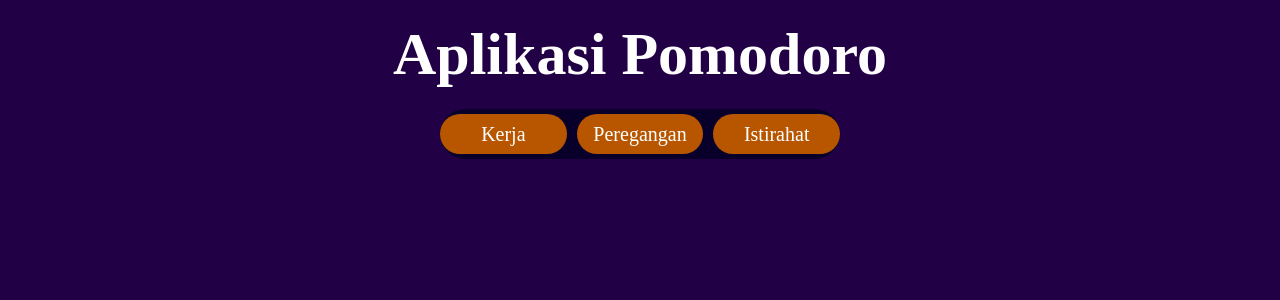
Repository: sellayspy/aplikasiPomodoro
Page: /
These files come from the project's save history. The page is drawn as it stood at one moment and after the next save; the edit follows.
The browser window is 1280 px wide. The pictures show the whole page.
The project was rebuilt for these pictures with package versions that can differ from the ones it lists, and the page was loaded fresh each time. Also part of the build but not shown: vite.config.js.

Above is the page before, as saved 2024-11-25 13:29:40.

### index.html
<!DOCTYPE html>
<html lang="en">
  <head>
    <meta charset="UTF-8" />
    <link rel="icon" type="image/svg+xml" href="/vite.svg" />
    <meta name="viewport" content="width=device-width, initial-scale=1.0" />
    <title>Aplikasi Pomodoro</title>
  </head>
  <body>
    <div id="root"></div>
    <script type="module" src="/src/main.jsx"></script>
  </body>
</html>

### src/main.jsx
import { StrictMode } from "react";
import { createRoot } from "react-dom/client";
import { createGlobalStyle, ThemeProvider } from "styled-components";
import App from "./App.jsx";

const GlobalStyle = createGlobalStyle`

*{
  margin: 0;
  padding: 0;
  box-sizing: border-box;
}

  html,body{
    background-color: ${(props) => props.theme.colors.bg};;
    font-size: 62.5%;
  }

  body{
    font-size: 1.6rem;
    color: white;
  }

`;

const theme = {
  colors: {
    primary: "#b85600",
    secondary: "#08002b",
    bg: "#220045",
  },
};

createRoot(document.getElementById("root")).render(
  <StrictMode>
    <ThemeProvider theme={theme}>
      <GlobalStyle />
      <App />
    </ThemeProvider>
  </StrictMode>
);

### src/App.jsx
import styled from "styled-components";
import Judul from "./components/Judul";

function App() {
  return (
    <>
      <Title>Aplikasi Pomodoro</Title>
      <Judul />
    </>
  );
}

export default App;

const Title = styled.h1`
  font-size: 6rem;
  padding: 2rem 0;
  text-align: center;
`;

### src/components/Judul.jsx
import styled, { css } from "styled-components";
import { useState } from "react";

const Judul = () => {
  const [active, setActive] = useState(0);
  return (
    <JudulContainer>
      {["Kerja", "Peregangan", "Istirahat"].map((tag, i) => (
        <Tag active={active == i} key={i}>
          {tag}
        </Tag>
      ))}
    </JudulContainer>
  );
};

export default Judul;

const JudulContainer = styled.div`
  background: ${(props) => props.theme.colors.secondary};
  height: 5rem;
  width: 40rem;
  margin: 0 auto;
  border-radius: 5rem;
  display: flex;
  gap: 1rem;
  align-items: center;
`;

const Tag = styled.button`
  all: unset;
  height: 4rem;
  text-align: center;
  border-radius: 5rem;
  flex: 1;
  font-size: 2rem;
  background: ${(props) => props.theme.colors.primary};

  ${({ active }) =>
    active &&
    css`
      background: ${(props) => props.theme.colors.primary};
    `}
`;

After the next save:
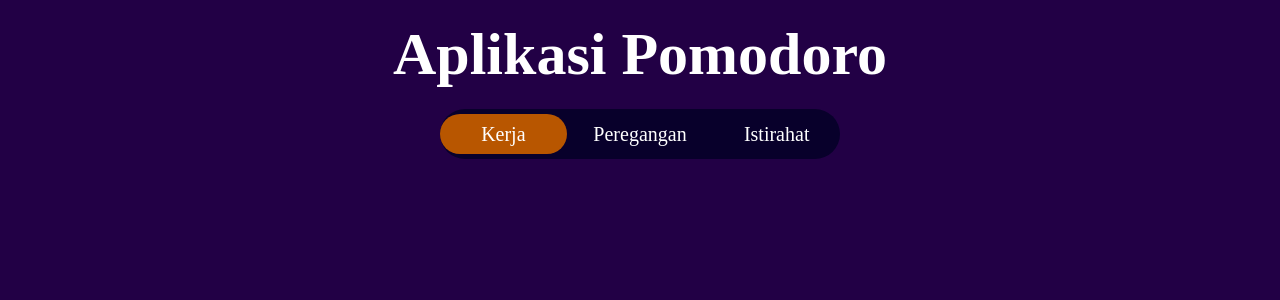
Saved 17 s later.
--- a/src/components/Judul.jsx
+++ b/src/components/Judul.jsx
@@ -6,7 +6,7 @@
   return (
     <JudulContainer>
       {["Kerja", "Peregangan", "Istirahat"].map((tag, i) => (
-        <Tag active={active == i} key={i}>
+        <Tag active={active === i} key={i}>
           {tag}
         </Tag>
       ))}
@@ -34,7 +34,6 @@
   border-radius: 5rem;
   flex: 1;
   font-size: 2rem;
-  background: ${(props) => props.theme.colors.primary};
 
   ${({ active }) =>
     active &&
